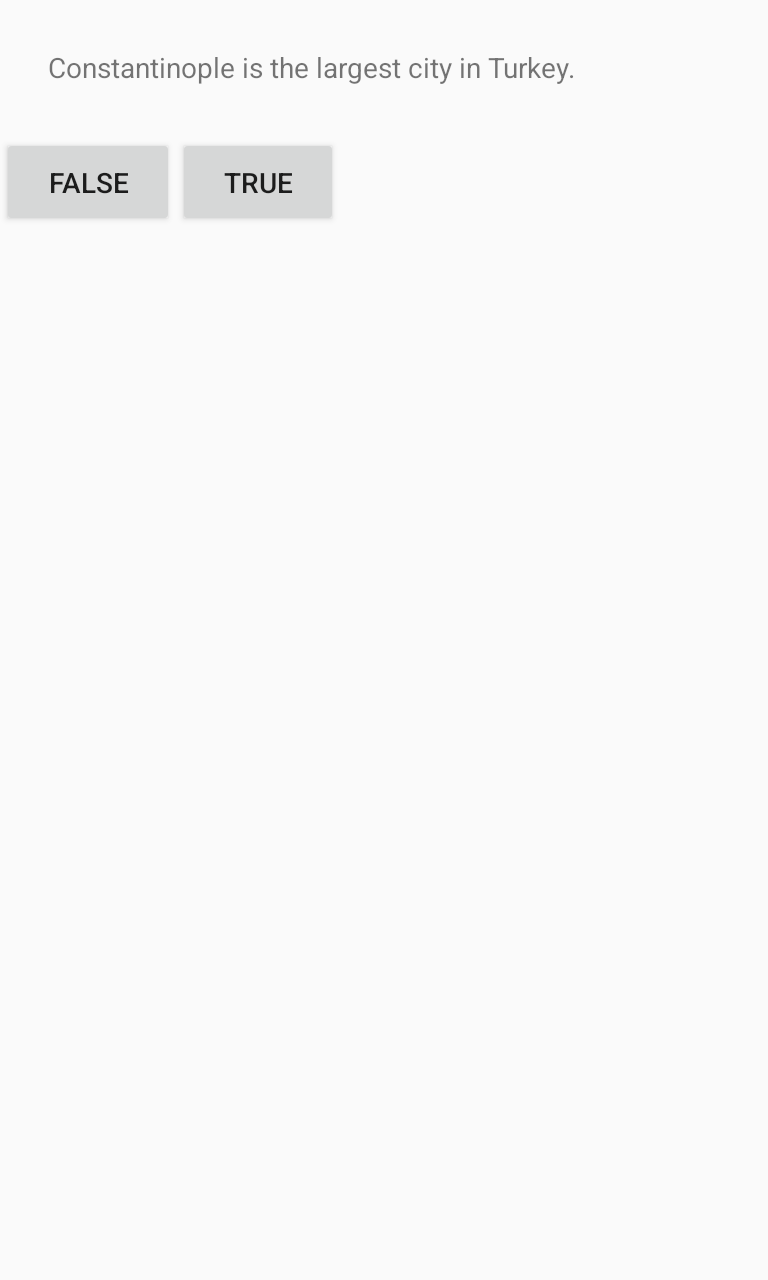
Repository: stoone/android
Layout: GeoQuiz/res/layout/activity_quiz.xml
The author's editor kept a copy of each file at every save. The layout is drawn from the files as they stood at one save, then again after the next save.
It is drawn on a 768 x 1280 px phone screen (xhdpi) without system bars, with theme AppTheme; the app's code is not run.

Above is the layout before, as saved 2014-08-24 14:13:40.

### GeoQuiz/res/layout/activity_quiz.xml
<LinearLayout xmlns:android="http://schemas.android.com/apk/res/android"
    android:layout_width="match_parent"
    android:layout_height="match_parent"
    android:layout_gravity="center"
    android:orientation="vertical" >

	    <TextView
	        android:layout_width="wrap_content"
	        android:layout_height="wrap_content"
	        android:padding="24dp"
	        android:text="@string/question_text" />

	    <LinearLayout
	        android:layout_width="wrap_content"
	        android:layout_height="wrap_content"
	        android:orientation="horizontal" >

		    <Button
		        android:id="@+id/false_button"
		        android:layout_width="wrap_content"
		        android:layout_height="wrap_content"
		        android:text="@string/false_button" />

		    <Button
		        android:id="@+id/true_button"
		        android:layout_width="82dp"
		        android:layout_height="wrap_content"
		        android:text="@string/true_button" />
    	</LinearLayout>
</LinearLayout>

### GeoQuiz/res/values/strings.xml
<?xml version="1.0" encoding="utf-8"?>
<resources>

    <string name="app_name">GeoQuiz</string>
    <string name="hello_world">Hello world!</string>
    <string name="action_settings">Settings</string>
    <string name="question_text">Constantinople is the largest city in Turkey.</string>
    <string name="true_button">True</string>
    <string name="false_button">False</string>
    <string name="correct_toast">Correct!</string>
    <string name="incorrect_toast">Incorrect!</string>

</resources>

Loaded but not shown: GeoQuiz/res/values/styles.xml (common file); GeoQuiz/res/values-v11/styles.xml (common file); GeoQuiz/res/values-v14/styles.xml (common file)

After the next save:
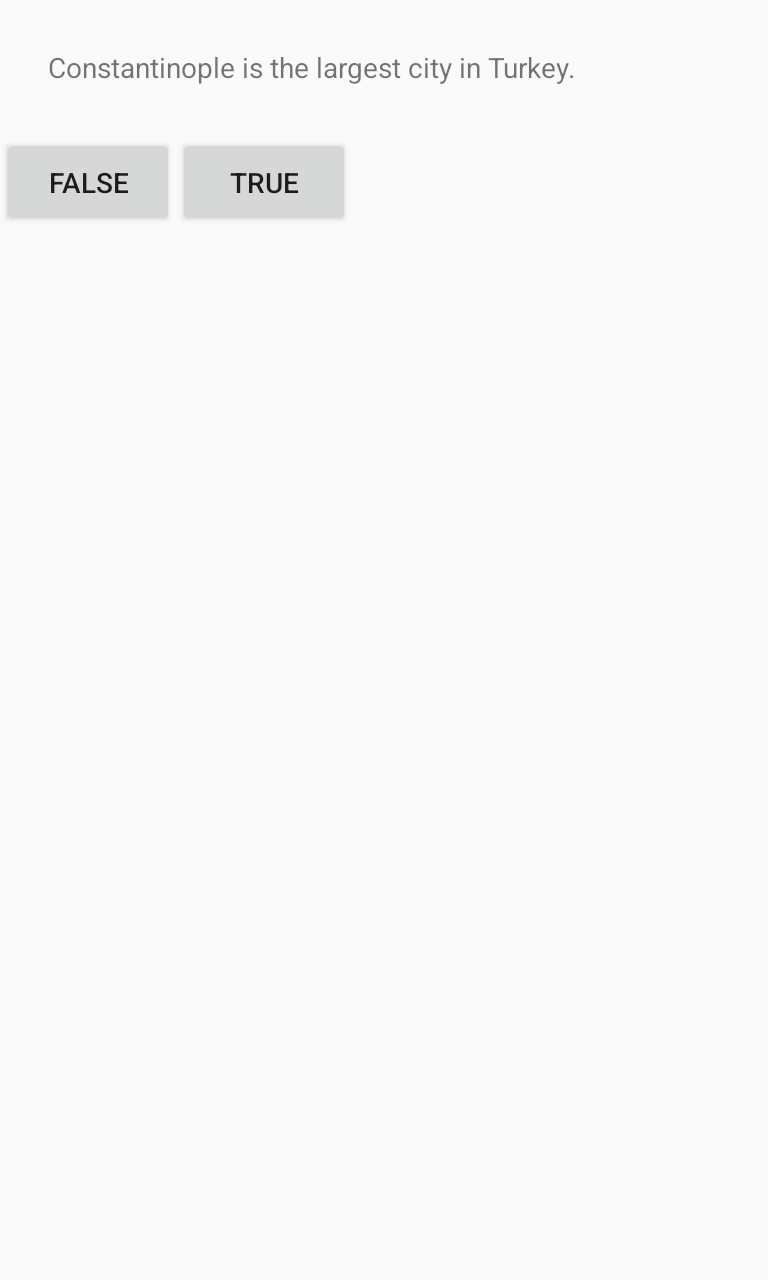
Saved 61 s later.
--- a/GeoQuiz/res/layout/activity_quiz.xml
+++ b/GeoQuiz/res/layout/activity_quiz.xml
@@ -23,7 +23,7 @@
 
 		    <Button
 		        android:id="@+id/true_button"
-		        android:layout_width="82dp"
+		        android:layout_width="wrap_content"
 		        android:layout_height="wrap_content"
 		        android:text="@string/true_button" />
     	</LinearLayout>
